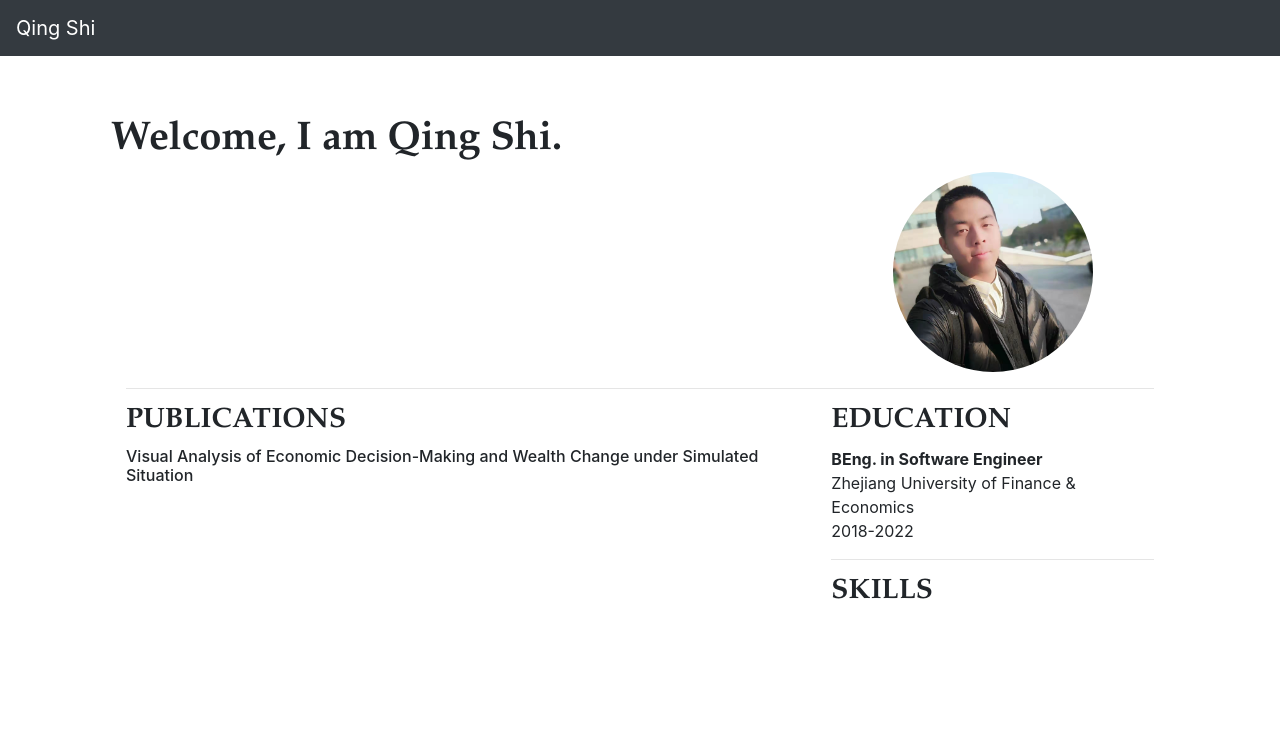
Repository: sqsssq/webpage
Page: index.html
An editor plug-in stored every save of this project. The page is shown before and after the next save, followed by the edit.
The browser window is 1280 px wide. The pictures show the whole page.
Some web libraries are served in a nearby version.

Above is the page before, as saved 2022-03-28 00:39:20.

### index.html
<!--
 * @Author: Qing Shi
 * @LastEditTime: 2022-03-28 00:39:00
 * @Knowledge:
 * @Description: my homepage
 * @Attention:
-->
<!doctype html>
<html lang="zh-CN">

<head>
    <!-- 必须的 meta 标签 -->
    <meta charset="utf-8">
    <meta name="viewport" content="width=device-width, initial-scale=1, shrink-to-fit=no">
    <title>Qing Shi</title>

    <!-- 新 Bootstrap4 核心 CSS 文件 -->
    <link rel="stylesheet" href="https://cdn.staticfile.org/twitter-bootstrap/4.3.1/css/bootstrap.min.css">

    <!-- jQuery文件。务必在bootstrap.min.js 之前引入 -->
    <script src="https://cdn.staticfile.org/jquery/3.2.1/jquery.min.js"></script>

    <!-- bootstrap.bundle.min.js 用于弹窗、提示、下拉菜单，包含了 popper.min.js -->
    <script src="https://cdn.staticfile.org/popper.js/1.15.0/umd/popper.min.js"></script>

    <!-- 最新的 Bootstrap4 核心 JavaScript 文件 -->
    <script src="https://cdn.staticfile.org/twitter-bootstrap/4.3.1/js/bootstrap.min.js"></script>

    <link rel="stylesheet" href="css/index.css">
    <link rel="shortcut icon" href="icon/bitbug_favicon.ico" />
</head>

<body>

    <nav class="navbar  navbar-dark bg-dark">
        <a class="navbar-brand" href="#">
            Qing Shi
        </a>

        <!-- <button type="button" class="btn btn-outline-primary">中/EN</button> -->
    </nav>

    <div class="container framework">
        <!-- Image and text -->
        <div class="webHeader row">
            <h1 id="titleFont">Welcome, I am Qing Shi.</h1>
            <!-- <hr> -->
            <div class="webIntroduction col-lg-8">
            </div>

            <div class="webPhoto col-lg-4">
                <img src="photo/sq2.jpg">

            </div>
        </div>
        <hr>
        <div class="webMain row">
            <div class="col-lg-8">
                <div id="webPublication">
                    <h3 id="titleFont">
                        PUBLICATIONS
                    </h3>
                    <div class="totalPublic">
                        <div class="pubic">
                            <h6>Visual Analysis of Economic Decision-Making and Wealth Change under Simulated Situation</h6>
                        </div>
                    </div>
                </div>
            </div>
            <div class="col-lg-4">
                <div id="webEducation">
                    <h3 id="titleFont">
                        <!-- ::before -->
                        EDUCATION
                    </h3>
                    <a style="font-weight: bold;">BEng. in Software Engineer</a>
                    <br>
                    Zhejiang University of Finance & Economics
                    <br>
                    2018-2022
                </div>
                <hr>
                <div id="webSkill">
                    <h3 id="titleFont">SKILLS</h3>
                </div>
            </div>
        </div>
</body>

</html>

### css/index.css
* {
    margin: 0;
    padding: 0;
}

body {
    /* font-family:Georia,serif; */
    background: #ffffff;
    /* font-weight:bold; */
    /* font-size:15px; */
    /* color:#333;
    overflow: hidden; */
    -webkit-font-smoothing: antialiased;
}

.framework {
    /* height: 1000px; */
    margin-top: 30px;
    margin-bottom: 100px;
    padding: 30px 30px 30px 30px;
    width: 85%;
    /* border-color: black; */
    /* border-width: 3px; */
    /* border-style: solid; */
    /* box-shadow: darkgrey 0px 0px 30px 5px ; */
}


#titleFont {
    /* Garamond */
    font-family: Garamond;
    font-weight: bold;
}

.webPhoto {
    /* align-items: center; */
    /* background-color: aqua; */
    display: flex;
    flex-direction: column;
    justify-content: center;
    align-items: center;
}

.webPhoto img {
    border-radius: 50%;
}

img {
    vertical-align: middle;
    border-style: none;
    height: 200px;
    width: 200px;
}

/*chrome--------------------------------------------start*/
::-webkit-scrollbar {
    width: 8px;
    height: 8px;
}

/* Track */
::-webkit-scrollbar-track {
    background: #ffffff;
    border-radius: 8px;
}

/* Handle */
::-webkit-scrollbar-thumb {
    background: rgb(201, 201, 202);
    border-radius: 8px;
}

/* Handle on hover */
::-webkit-scrollbar-thumb:hover {
    background: rgb(162, 162, 163);
}

.el-menu::-webkit-scrollbar,
.el-table__body-wrapper::-webkit-scrollbar {
    display: none;
}

.el-menu:hover::-webkit-scrollbar,
.el-table__body-wrapper:hover::-webkit-scrollbar {
    display: block;
}

/*chrome--------------------------------------------end*/

After the next save:
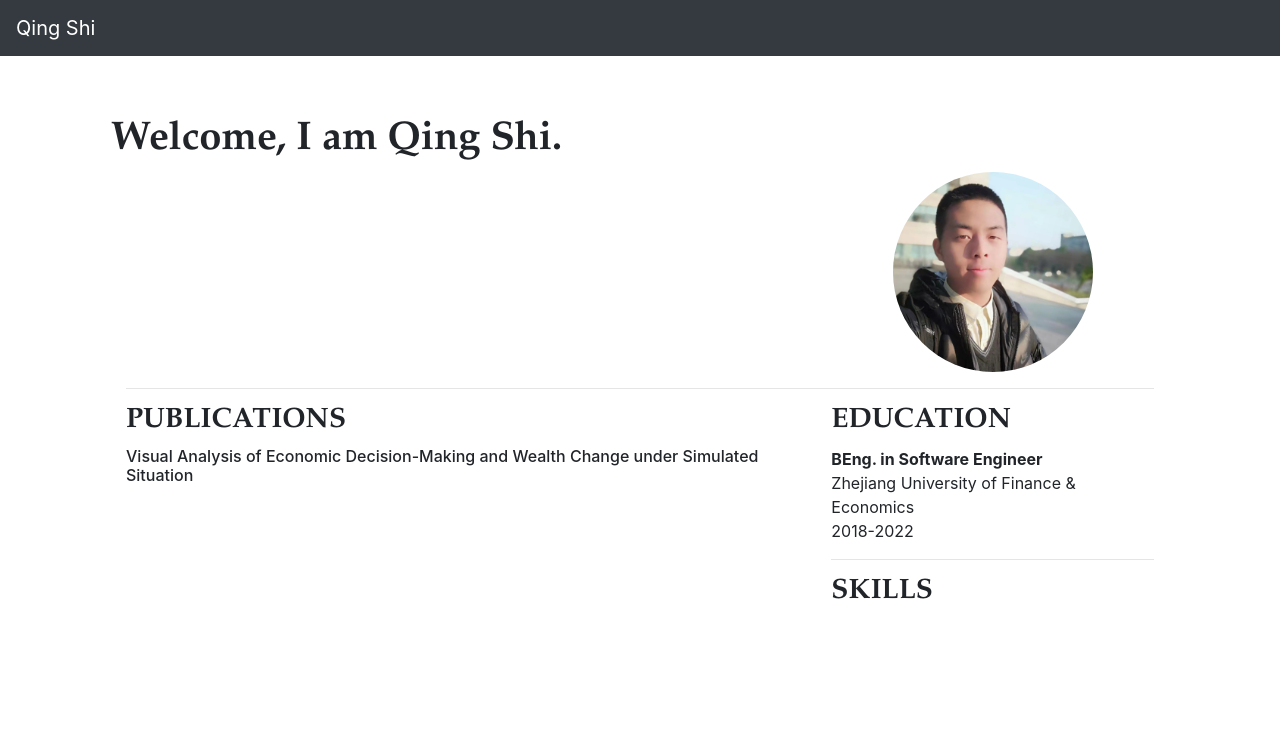
Saved 3 min 59 s later.
--- a/index.html
+++ b/index.html
@@ -1,6 +1,6 @@
 <!--
  * @Author: Qing Shi
- * @LastEditTime: 2022-03-28 00:39:00
+ * @LastEditTime: 2022-03-28 00:43:19
  * @Knowledge:
  * @Description: my homepage
  * @Attention:
@@ -49,7 +49,7 @@
             </div>
 
             <div class="webPhoto col-lg-4">
-                <img src="photo/sq2.jpg">
+                <img src="photo/sq3.jpg">
 
             </div>
         </div>
